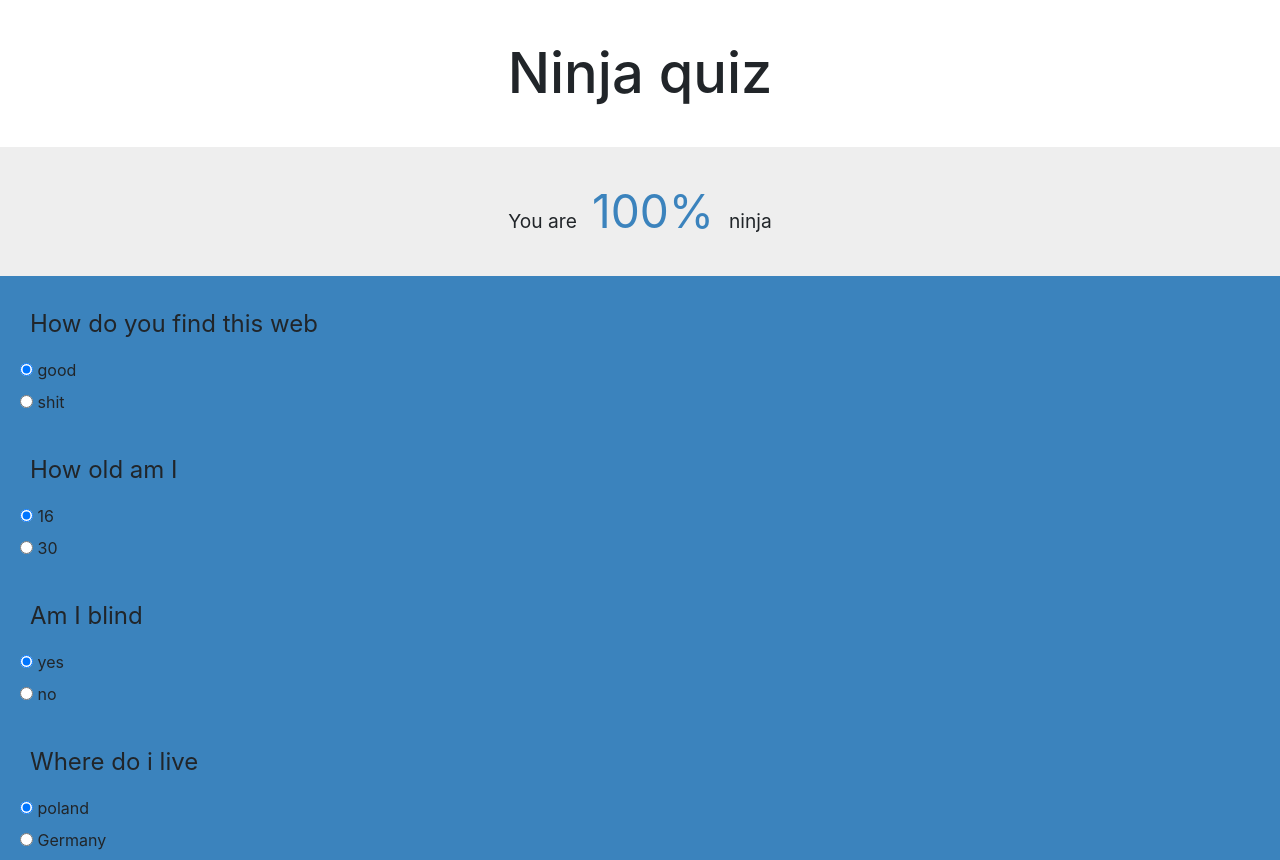
Repository: ajgors/config
Page: Nauka Js/Projekty/Quiz/index.html
These files come from the project's save history. The page is drawn as it stood at one moment and after a run of saves; the edit follows.
The browser window is 1280 px wide. The pictures show the whole page.

Above is the page before, as saved 2019-08-11 18:41:12.
Console error: TypeError: Cannot read properties of null (reading 'addEventListener')

After the next 12 saves:
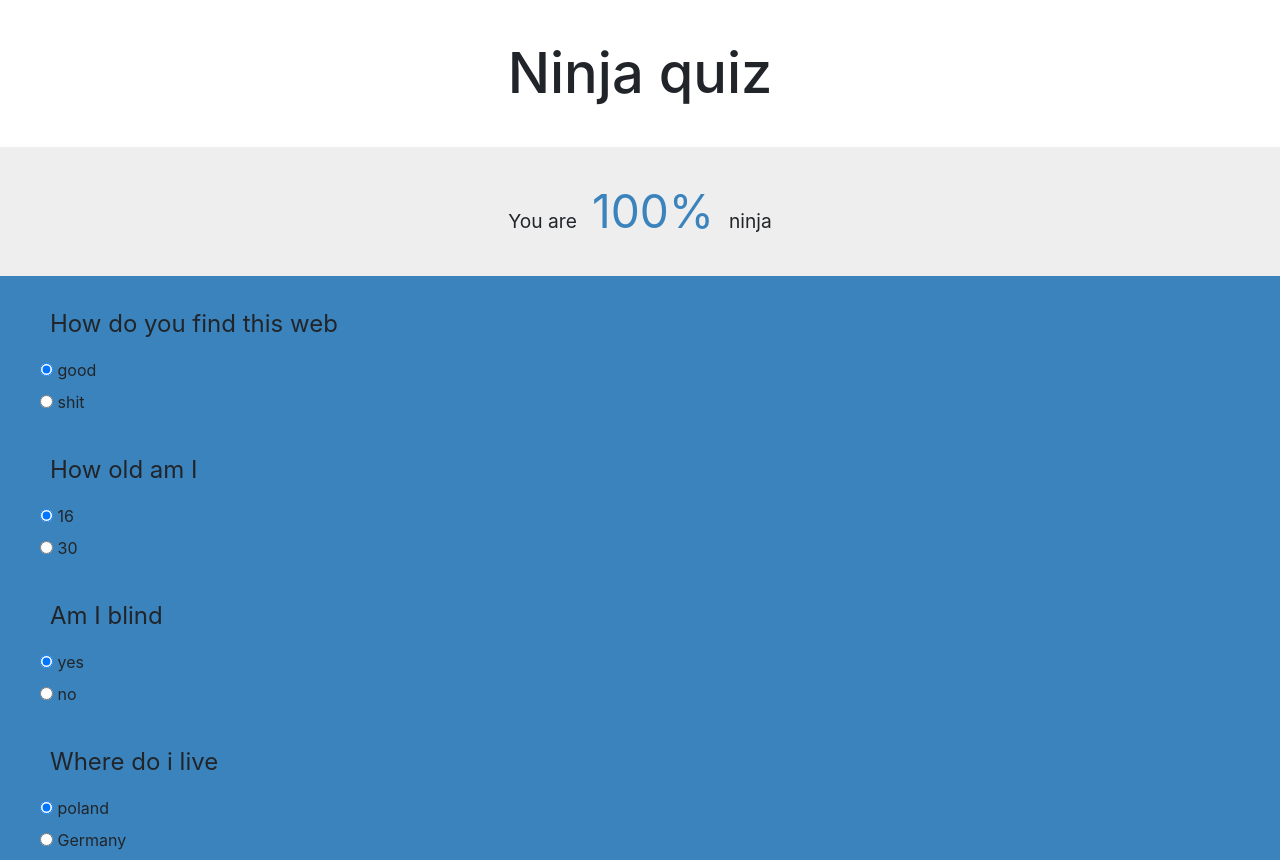
The 12 saves are shown as one change because they came seconds apart.
The last was saved 22 s later.
--- a/Nauka Js/Projekty/Quiz/css.css
+++ b/Nauka Js/Projekty/Quiz/css.css
@@ -26,6 +26,7 @@
 
 .quiz{
     background-color: #3b83bd;
+    padding-left: 20px
 }
 .quiz-form{
     padding: 40px;
